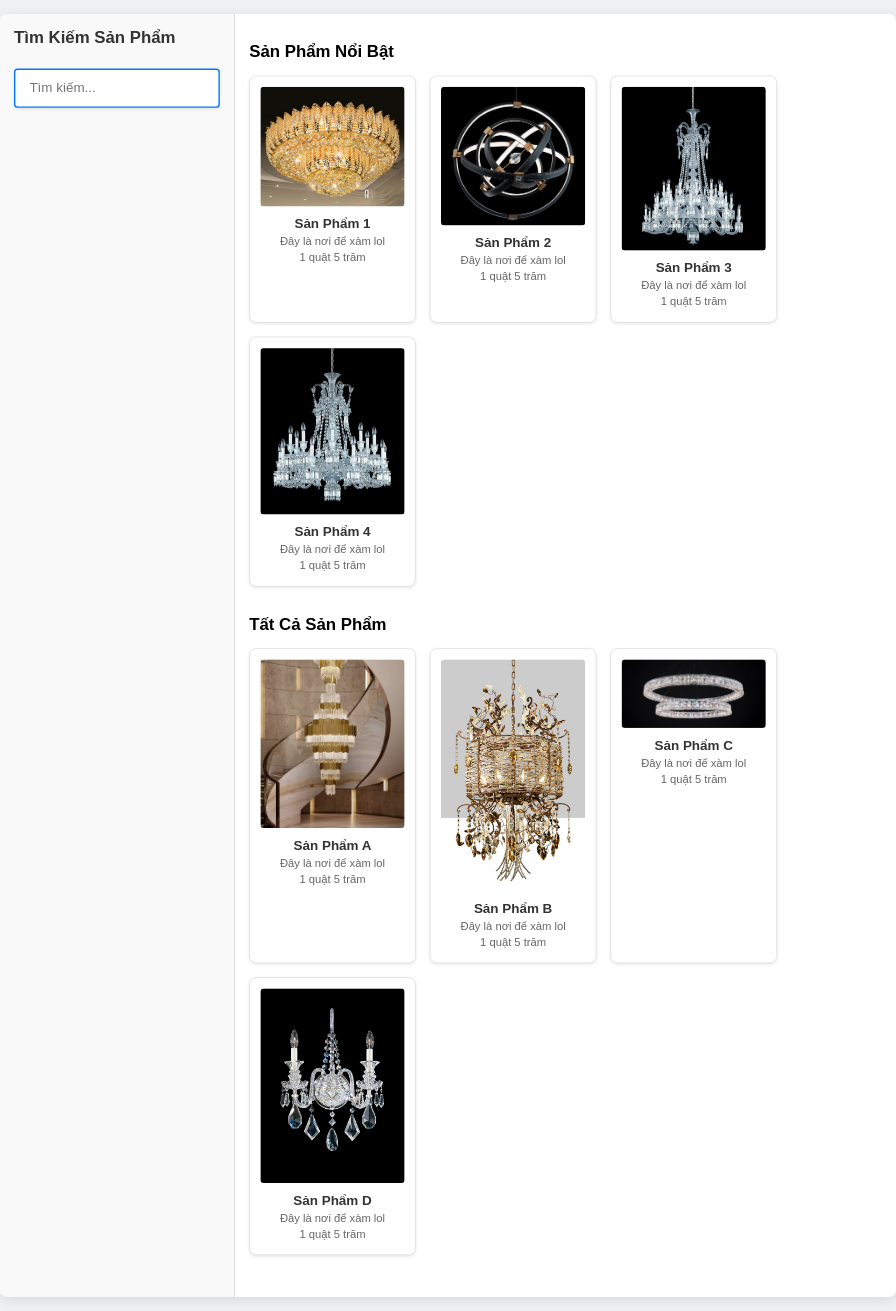
Repository: Nghia251506/eproject
Page: http://localhost/eproject/app/views/product.php
The author's editor kept a copy of each file at every save. The page is drawn from the files as they stood at one save, then again after the next save.
The browser window is 1280 px wide. The pictures show the whole page, at 70% of full size.
The page is run by PHP 8.4 with error messages shown; the project is at /var/www/html/.

Above is the page before, as saved 2024-10-05 18:41:06.

### app/views/product.php
<!DOCTYPE html>
<html lang="vi">
<head>
    <meta charset="UTF-8">
    <meta name="viewport" content="width=device-width, initial-scale=1.0">
    <title>product</title>
    <link rel="stylesheet" href="http://localhost/eproject/app/assets/css/product.css"> <!-- Bạn có thể thêm CSS tại đây -->
</head>
<body>
<div class="container-product">
        <aside class="sidebar">
            <h2>Tìm Kiếm Sản Phẩm</h2>
            <input type="text" placeholder="Tìm kiếm...">
        </aside>

        <main class="main-content">
            <section class="featured-products">
                <h2>Sản Phẩm Nổi Bật</h2>
                <div class="product-row">
                    <div class="product">
                        <img src="http://localhost/eproject/app/assets/data/den1.png" alt="Sản phẩm 1" />
                        <h3>Sản Phẩm 1</h3>
                        <p>Đây là nơi để xàm lol</p>
                        <p>1 quật 5 trăm</p>
                    </div>
                    <div class="product">
                        <img src="http://localhost/eproject/app/assets/data/den2.png" alt="Sản phẩm 2" />
                        <h3>Sản Phẩm 2</h3>
                        <p>Đây là nơi để xàm lol</p>
                        <p>1 quật 5 trăm</p>
                    </div>
                    <div class="product">
                        <img src="http://localhost/eproject/app/assets/data/den3.png" alt="Sản phẩm 3" />
                        <h3>Sản Phẩm 3</h3>
                        <p>Đây là nơi để xàm lol</p>
                        <p>1 quật 5 trăm</p>
                    </div>
                    <div class="product">
                        <img src="http://localhost/eproject/app/assets/data/den4.png" alt="Sản phẩm 4" />
                        <h3>Sản Phẩm 4</h3>
                        <p>Đây là nơi để xàm lol</p>
                        <p>1 quật 5 trăm</p>
                    </div>
                </div>
            </section>

            <section class="all-products">
                <h2>Tất Cả Sản Phẩm</h2>
                <div class="product-row">
                    <div class="product">
                        <img src="http://localhost/eproject/app/assets/data/den5.png" alt="Sản phẩm A" />
                        <h3>Sản Phẩm A</h3>
                        <p>Đây là nơi để xàm lol</p>
                        <p>1 quật 5 trăm</p>
                    </div>
                    <div class="product">
                        <img src="http://localhost/eproject/app/assets/data/den6.png" alt="Sản phẩm B" />
                        <h3>Sản Phẩm B</h3>
                        <p>Đây là nơi để xàm lol</p>
                        <p>1 quật 5 trăm</p>
                    </div>
                    <div class="product">
                        <img src="http://localhost/eproject/app/assets/data/den7.png" alt="Sản phẩm C" />
                        <h3>Sản Phẩm C</h3>
                        <p>Đây là nơi để xàm lol</p>
                        <p>1 quật 5 trăm</p>
                    </div>
                    <div class="product">
                        <img src="http://localhost/eproject/app/assets/data/den8.png" alt="Sản phẩm D" />
                        <h3>Sản Phẩm D</h3>
                        <p>Đây là nơi để xàm lol</p>
                        <p>1 quật 5 trăm</p>
                    </div>
                </div>
                <!-- Them sp o duoi -->
            </section>
        </main>
    </div>
</body>
</html>

### app/assets/css/product.css

body {
    font-family: 'Arial', sans-serif; /* Font chữ cơ bản */
    margin: 0; /* Xóa margin mặc định */
    padding: 0; /* Xóa padding mặc định */
    background-color: #eef2f3; /* Màu nền sáng nhẹ cho trang */
}


/* Bố cục tổng thể của trang    */
/* ============================= */
.container-product {
    display: flex; /* Sử dụng Flexbox để dễ dàng bố trí sidebar và main-content */
    max-width: 1350px; /* Độ rộng tối đa của container */
    margin: 20px auto; /* Giữa trang */
    background-color: #fff; /* Màu nền trắng cho container */
    border-radius: 10px; /* Bo góc cho container */
    box-shadow: 0 4px 20px rgba(0, 0, 0, 0.1); /* Đổ bóng nhẹ cho container */
}


/* Sidebar chứa thanh tìm kiếm  */
/* ============================= */
.sidebar {
    width: 300px; /* Độ rộng của sidebar */
    padding: 20px; /* Padding xung quanh */
    background-color: #f9f9f9; /* Màu nền của sidebar */
    border-right: 2px solid #ddd; /* Đường viền bên phải */
    border-radius: 10px 0 0 10px; /* Bo góc cho sidebar */
}

/* Tiêu đề trong sidebar */
.sidebar h2 {
    margin-top: 0; /* Xóa margin trên cùng */
    font-size: 1.5em; /* Kích thước chữ lớn hơn */
    color: #333; /* Màu chữ tối */
}

/* Thanh nhập tìm kiếm */
.sidebar input {
    width:250px; /* Chiều rộng 100% của sidebar */
    padding: 15px 20px; /* Tăng padding để làm cho ô input lớn hơn, gọn gàng hơn */
    margin-top: 10px; /* Khoảng cách trên */
    border: 2px solid #007BFF; /* Đường viền màu xanh */
    border-radius: 5px; /* Bo góc cho ô input */
    font-size: 1.2em; /* Kích thước chữ lớn hơn */
    box-shadow: 0 2px 5px rgba(0, 0, 0, 0.1); /* Đổ bóng nhẹ */
    transition: border-color 0.3s, box-shadow 0s.3s; /* Hiệu ứng chuyển màu khi hover */
}

/* Hiệu ứng khi focus vào ô input */
.sidebar input:focus {
    border-color: #0056b3; /* Màu viền khi focus */
    outline: none; /* Xóa outline mặc định */
    box-shadow: 0 0 8px rgba(0, 123, 255, 0.5); /* Đổ bóng khi focus */
}


/* Nội dung chính               */
/* ============================= */
.main-content {
    flex-grow: 1; /* Chiếm phần còn lại của container */
    padding: 20px; /* Padding xung quanh */
}

/* Tiêu đề cho các mục sản phẩm */
.featured-products, .all-products {
    margin-bottom: 40px; /* Khoảng cách giữa các mục */
}

/* ============================= */
/* Bố cục hàng sản phẩm         */
/* ============================= */
.product-row {
    display: flex; /* Sử dụng Flexbox để bố trí sản phẩm */
    flex-wrap: wrap; /* Cho phép sản phẩm xuống dòng khi không đủ chỗ */
    gap: 20px; /* Khoảng cách giữa các sản phẩm */
}

/* ============================= */
/* Định dạng cho từng sản phẩm   */
/* ============================= */
.product {
    background-color: #fff; /* Màu nền trắng cho sản phẩm */
    border: 1px solid #ddd; /* Đường viền cho sản phẩm */
    border-radius: 10px; /* Bo góc cho sản phẩm */
    padding: 15px; /* Padding bên trong */
    text-align: center; /* Căn giữa nội dung */
    transition: transform 0.2s, box-shadow 0.2s; /* Hiệu ứng chuyển động khi hover */
    width: calc(25% - 20px); /* 4 sản phẩm mỗi hàng, trừ khoảng cách */
    box-shadow: 0 2px 5px rgba(0, 0, 0, 0.1); /* Đổ bóng nhẹ cho sản phẩm */
}

/* Hình ảnh sản phẩm */
.product img {
    max-width: 100%; /* Chiều rộng tối đa là 100% */
    height: auto; /* Tự động điều chỉnh chiều cao */
    border-radius: 5px; /* Bo góc cho hình ảnh */
}

/* Tiêu đề sản phẩm */
.product h3 {
    margin: 10px 0 5px; /* Khoảng cách trên và dưới */
    font-size: 1.2em; /* Kích thước chữ lớn hơn */
    color: #333; /* Màu chữ tối */
}

/* Mô tả sản phẩm */
.product p {
    margin: 5px 0; /* Khoảng cách trên và dưới */
    color: #666; /* Màu chữ xám */
}


/* Hiệu ứng khi di chuột qua sản phẩm */
/* ============================= */
.product:hover {
    transform: scale(1.05); /* Phóng to nhẹ khi hover */
    box-shadow: 0 8px 16px rgba(0, 0, 0, 0.2); /* Đổ bóng lớn hơn khi hover */
}
.form-container {
    display: flex;
    justify-content: center;
    align-items: center;
    min-height: 100vh;
}

/* Định dạng form */
/* form {
    background-color: #fff;
    padding: 20px;
    border-radius: 10px;
    box-shadow: 0 0 15px rgba(0, 0, 0, 0.1);
    width: 100%;
    max-width: 500px;
    margin: 20px;
} */

/* Tiêu đề form */
/* h2.title-form {
    margin-bottom: 20px;
    font-size: 24px;
    color: #333;
    text-align: center;
} */

/* Định dạng cho mỗi label */
/* label {
    display: block;
    margin-bottom: 5px;
    font-weight: bold;
    color: #555;
} */

/* Các trường input */
/* input[type="text"],
input[type="number"],
input[type="file"],
select {
    width: 100%;
    padding: 10px;
    margin-bottom: 15px;
    border: 1px solid #ccc;
    border-radius: 5px;
    font-size: 16px;
    box-sizing: border-box;
} */

/* Nút bấm */
/* button {
    width: 100%;
    padding: 10px;
    background-color: #007BFF;
    border: none;
    border-radius: 5px;
    color: white;
    font-size: 16px;
    cursor: pointer;
} */

/* Khi hover lên nút */
/* button:hover {
    background-color: #0056b3;
} */

/* Căn chỉnh hình ảnh của sản phẩm */
container-product img {
    display: block;
    margin-bottom: 15px;
    max-width: 100px;
}

After the next save:
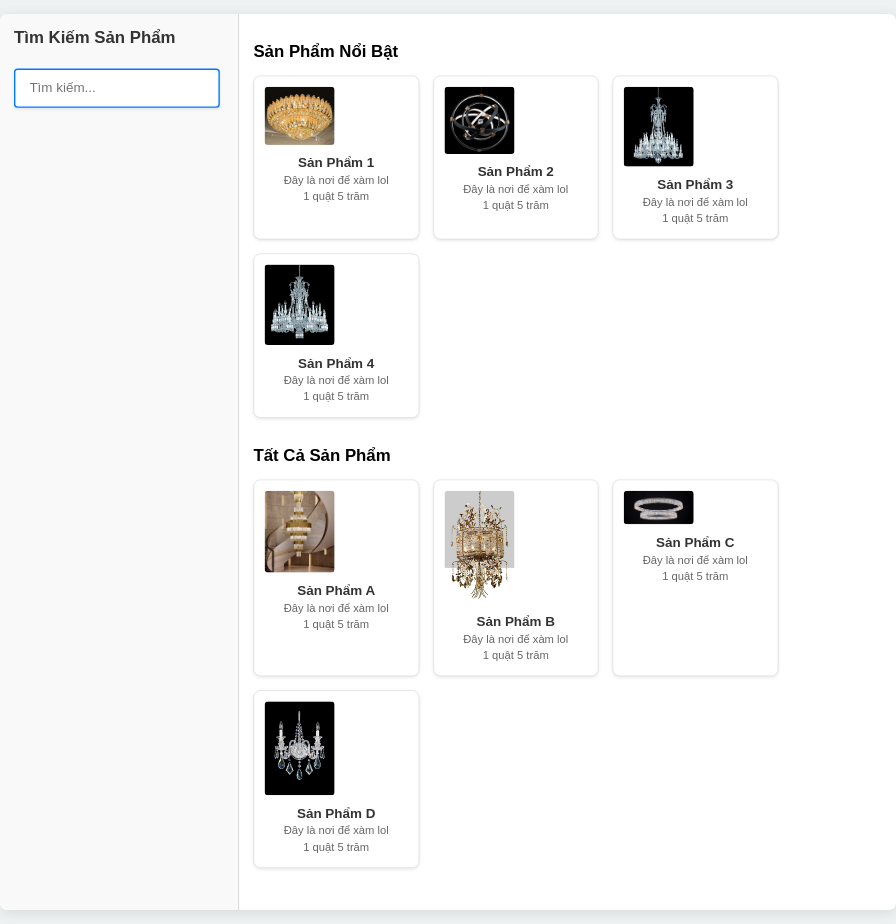
Saved 4 s later.
--- a/app/assets/css/product.css
+++ b/app/assets/css/product.css
@@ -184,7 +184,7 @@ select {
 } */
 
 /* Căn chỉnh hình ảnh của sản phẩm */
-container-product img {
+.container-product img {
     display: block;
     margin-bottom: 15px;
     max-width: 100px;
